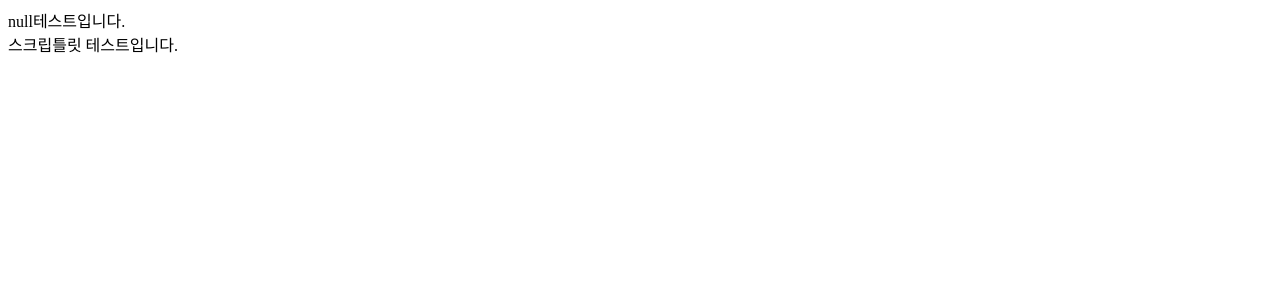
Repository: hyeri-seo/JSP
Page: http://localhost/JspExam/jspScriptTest.jsp
An editor plug-in stored every save of this project. The page is shown before and after the next save, followed by the edit.
The browser window is 1280 px wide. The pictures show the whole page.
The page is served by Tomcat 9.

Above is the page before, as saved 2023-09-19 06:47:40.

After the next save:
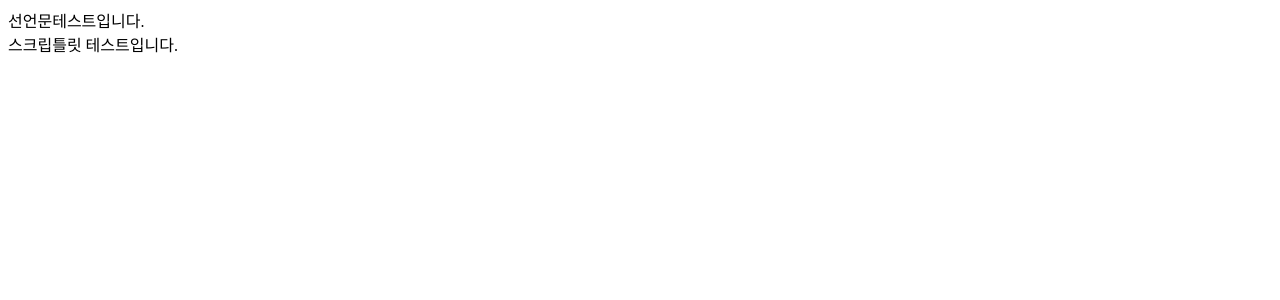
Saved 59 s later.
--- a/JspExam/src/main/webapp/jspScriptTest.jsp
+++ b/JspExam/src/main/webapp/jspScriptTest.jsp
@@ -6,7 +6,7 @@
 <meta charset="UTF-8">
 <title>Insert title here</title>
 <%!
-	private String str;
+	private String str="선언문";
 	private String getStr() {
 		str+= "테스트입니다.";
 		return str;
